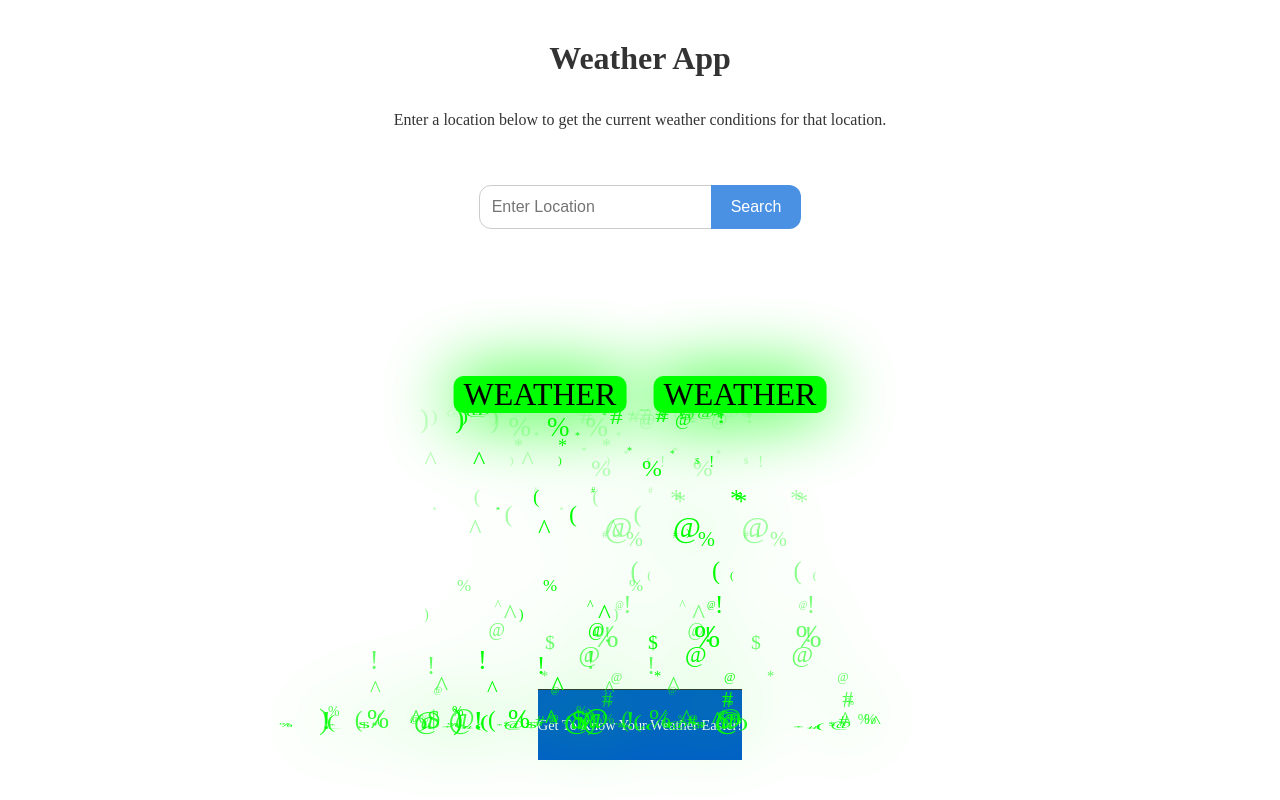
Repository: AlaaYou/Weather-App
Page: index.html
The author's editor kept a copy of each file at every save. The page is drawn from the files as they stood at one save, then again after the next save.
The browser window is 1280 px wide. The pictures show the whole page.

Above is the page before, as saved 2024-10-20 23:52:02.

### index.html
<!DOCTYPE html>
<html lang="en">
  <head>
    <meta charset="UTF-8" />
    <meta name="viewport" content="width=device-width, initial-scale=1.0" />
    <link rel="stylesheet" href="styles.css" />
    <title>Weather App</title>
  </head>
  <body>
    <!-- Header -->
    <header>
      <h1>Weather App</h1><br>
      <p>
        Enter a location below to get the current weather conditions for that
        location.
      </p>
    </header>
    <!-- main content -->
    <main>
      <!-- search box -->
      <section class="search-box">
        <input type="text" id="location-input" placeholder="Enter Location" />

        <button id="search-button">Search</button>
      </section>
      <!-- errror /loading -->
      <div id="loading" style="display: none">Loading...</div>
      <div id="error" style="display: none">Error data Not Found</div>
      <!-- weather content -->
      <section
        class="weather-display"
        id="weather-display"
        style="display: none"
      >
        <div class="temp-display"><span id="temperature">--</span> °C</div>
        <div class="condition-display">
          <span id="condition">--</span>
        </div>

        <!-- condition info -->
        <div class="condition-info">
          <span id="wind-speed">Wind Speed: --</span>
          <span id="humidity">Humidity: --</span>
        </div>
      </section>
      <div class="container">
        <div class="cloud left-cloud">
          <h2>Weather</h2>
        </div>
        <div class="cloud right-cloud">
          <h2>Weather</h2>
        </div>
      </div>
    </main>
    <!-- footer -->
    <footer>
      <p>Get To Know Your Weather Easier!</p>
    </footer>
    <!-- js goes here -->
    <script src="script.js"></script>
  </body>
</html>

### styles.css
@import url('https://fonts.googleapis.com/css2?family=Poppins:ital,wght@0,100;0,200;0,300;0,400;0,500;0,600;0,700;0,800;0,900;1,100;1,200;1,300;1,400;1,500;1,600;1,700;1,800;1,900&display=swap');

:root {
  --clr: #0f0;
}

body,
h1 {
  margin: 0;
  padding: 0;
}

body {
  display: flex;
  flex-direction: column;
  min-height: 100vh;
  color: #333;
  justify-content: center;
  align-items: center;
  padding: 40px 0;
}

main {
  flex-grow: 1;
}

header {
  text-align: center;
  margin-bottom: 20px;
}

.search-box {
  display: flex;
  justify-content: center;
  align-items: center;
  margin: 20px 0;
}

input[type="text"] {
  padding: 12px;
  border: 1px solid #ccc;
  border-radius: 12px 0 0 12px;
  font-size: 1em;
  width: auto;
  margin-right: -1px;
}

button {
  background-color: #4a90e3;
  color: #fff;
  border: none;
  border-radius: 0 12px 12px 0;
  padding: 13px 20px;
  cursor: pointer;
  font-size: 1em;
  transition: background-color 0.3s ease;
}

button:hover {
  background-color: #035dcb;
}

/* Weather content */
.weather-display {
  text-align: center;
  padding: 20px;
}

.temp-display,
.condition-display {
  font-size: 2.5em;
  margin-bottom: 10px;
}

.condition-info span {
  margin-right: 15px;
  font-size: 1.2em;
}

#loading,
#error {
  text-align: center;
  font-size: 1.2em;
  margin-top: 20px;
}

#loading {
  color: #4a90e3;
}

#error {
  color: red;
}

footer {
  text-align: center;
  background-color: #035dcb;
  color: #fff;
  padding: 12px 0;
  border-top: 1px solid #333;
  font-size: 0.9em;
}

.container {
  position: relative;
  top: 100px;
  height: 400px;
  width: 100%;
  display: flex;
  justify-content: space-between; /* Aligns children to the sides */
  animation: animateColor 5s linear infinite;
}

.container .cloud {
  position: relative;
  width: 200px; /* Adjusted width to fit better */
  z-index: 100;
  filter: drop-shadow(0 0 35px var(--clr));
}

.container .cloud h2 {
  position: absolute;
  left: 50%;
  transform: translateX(-50%);
  white-space: nowrap;
  color: #000;
  font-size: 2em;
  z-index: 1000;
  font-weight: 400;
  padding: 0 10px;
  border-radius: 10px;
  text-transform: uppercase;
  background: var(--clr);
}

.left-cloud {
  margin-left: 20px; /* Adjust for spacing */
}

.right-cloud {
  margin-right: 20px; /* Adjust for spacing */
}

@keyframes animateColor {
  0% {
    filter: hue-rotate(0deg);
  }
  100% {
    filter: hue-rotate(360deg);
  }
}

.cloud .drop {
  position: absolute;
  top: 60px;
  height: 20px;
  line-height: 20px;
  color: var(--clr);
  transform-origin: bottom;
  animation: animate 2s linear infinite;
}

@keyframes animate {
  0% {
    transform: translateY(0) scaleY(0);
    transform-origin: top;
  }
  10% {
    transform: translateY(0) scaleY(0.25);
    transform-origin: top;
  }
  20% {
    transform: translateY(0) scaleY(1);
  }
  70% {
    transform: translateY(300px) scaleY(1);
    transform-origin: bottom;
  }
  80% {
    transform: translateY(300px) scaleY(1);
    transform-origin: bottom;
  }
  100% {
    transform: translateY(300px) scaleY(0);
    transform-origin: bottom;
    text-shadow: -180px 0 0 var(--clr), 180px 0 var(--clr);
  }
}

### script.js
async function fetchWeather(location) {
    //api
    const apiKey = "094b545dde613af5667ba10639a224f8";
    const url = `http://api.openweathermap.org/data/2.5/weather?q=${location}&appid=${apiKey}&units=metric`;
    const response = await fetch(url);

    if (response.ok) {
      const data = await response.json();
      return data;
    } else {
      throw new Error("Failed to fetch weather data");
    }
  }
  //Display the weather
  function dispplayWeather(data) {
    console.log(data);
    //select the  DOM
    const weatherDisplay = document.getElementById("weather-display");
    const temperature = document.getElementById("temperature");
    const condition = document.getElementById("condition");
    const windSpeed = document.getElementById("wind-speed");
    const humidity = document.getElementById("humidity");

    temperature.textContent = data.main.temp;
    condition.textContent = data.weather[0].main;
    windSpeed.textContent = `Wind Speed: ${data.wind.speed}m/s`;
    humidity.textContent = `Humidity: ${data.main.humidity}%`;
    weatherDisplay.style.display = "block";
  }

  function toggleElementVisibility(id, show) {
    const element = document.getElementById(id);
    element.style.display = show ? "block" : "none";
  }

  //DOM content Loaded
  document.addEventListener("DOMContentLoaded", () => {
    const searchButton = document.getElementById("search-button");
    const locationInput = document.getElementById("location-input");
    searchButton.addEventListener("click", async () => {
      toggleElementVisibility("loading", true); //Show loading
      toggleElementVisibility("error", false);

      //get data
      const location = locationInput.value;

      try {
        const weatherData = await fetchWeather(location);
        toggleElementVisibility("loading", false);
        dispplayWeather(weatherData);
        console.log(weatherData);
      } catch (error) {
        toggleElementVisibility("error", true);
        toggleElementVisibility("loading", false);
      }
    });
  });

  function randomText(){
    var text = ("!@#$%^*()")
    letters =text[Math.floor(Math.random() * text.length)];
    return letters;
}

function rain() {
    let cloud = document.querySelector('.cloud');
    let e = document.createElement('div');
    e.classList.add('drop');
    cloud.appendChild(e);

    let left = Math.floor(Math.random() * 300)
    let size = Math.random() * 1.5;
    let duration = Math.random() *1;

    e.innerText = randomText();
    e.style.left = left + 'px';
    e.style.fontSize = 0.5+size +'em';
    e.style.animationDuration = 1+duration+'s';

      setTimeout(function(){
      cloud.removeChild(e)
      },2000)
}

setInterval(function(){
    rain()
},20);

After the next save:
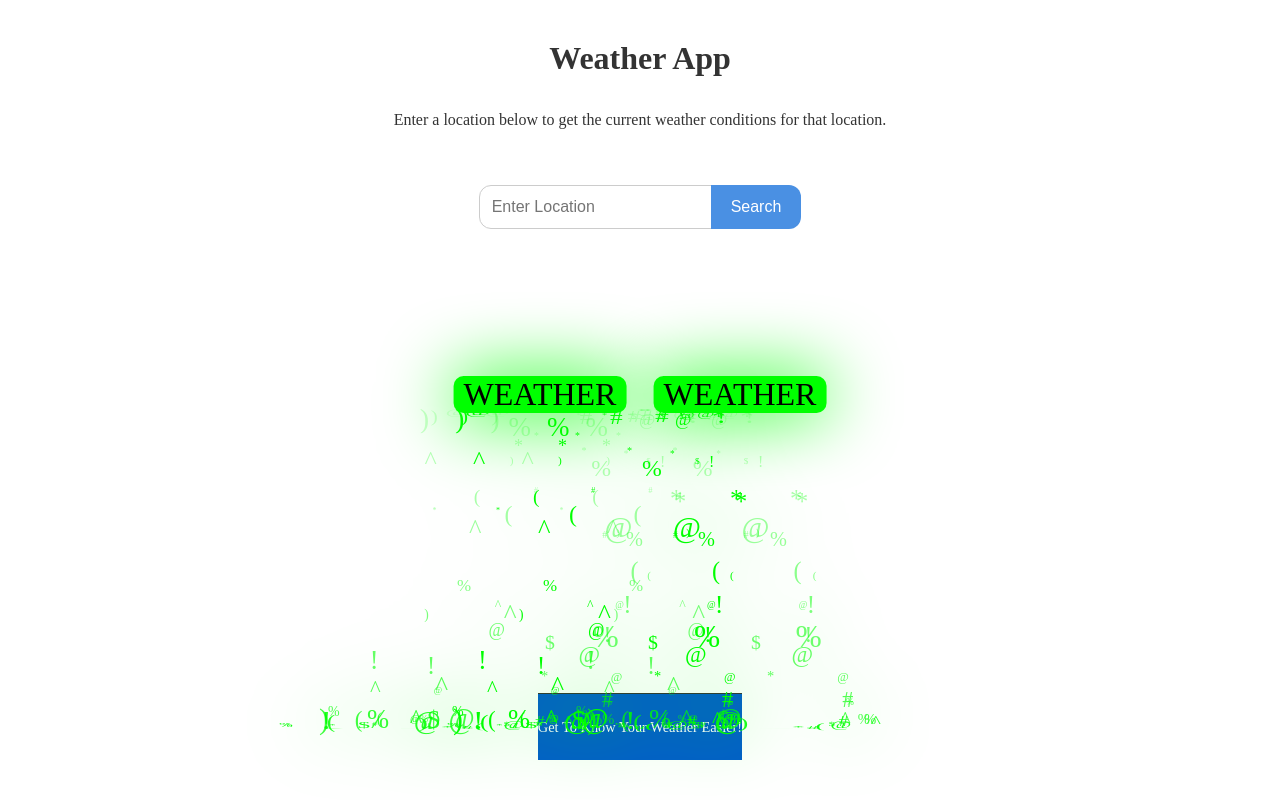
Saved 39 s later.
--- a/styles.css
+++ b/styles.css
@@ -96,7 +96,7 @@ footer {
   text-align: center;
   background-color: #035dcb;
   color: #fff;
-  padding: 12px 0;
+  padding: 10px 0;
   border-top: 1px solid #333;
   font-size: 0.9em;
 }
